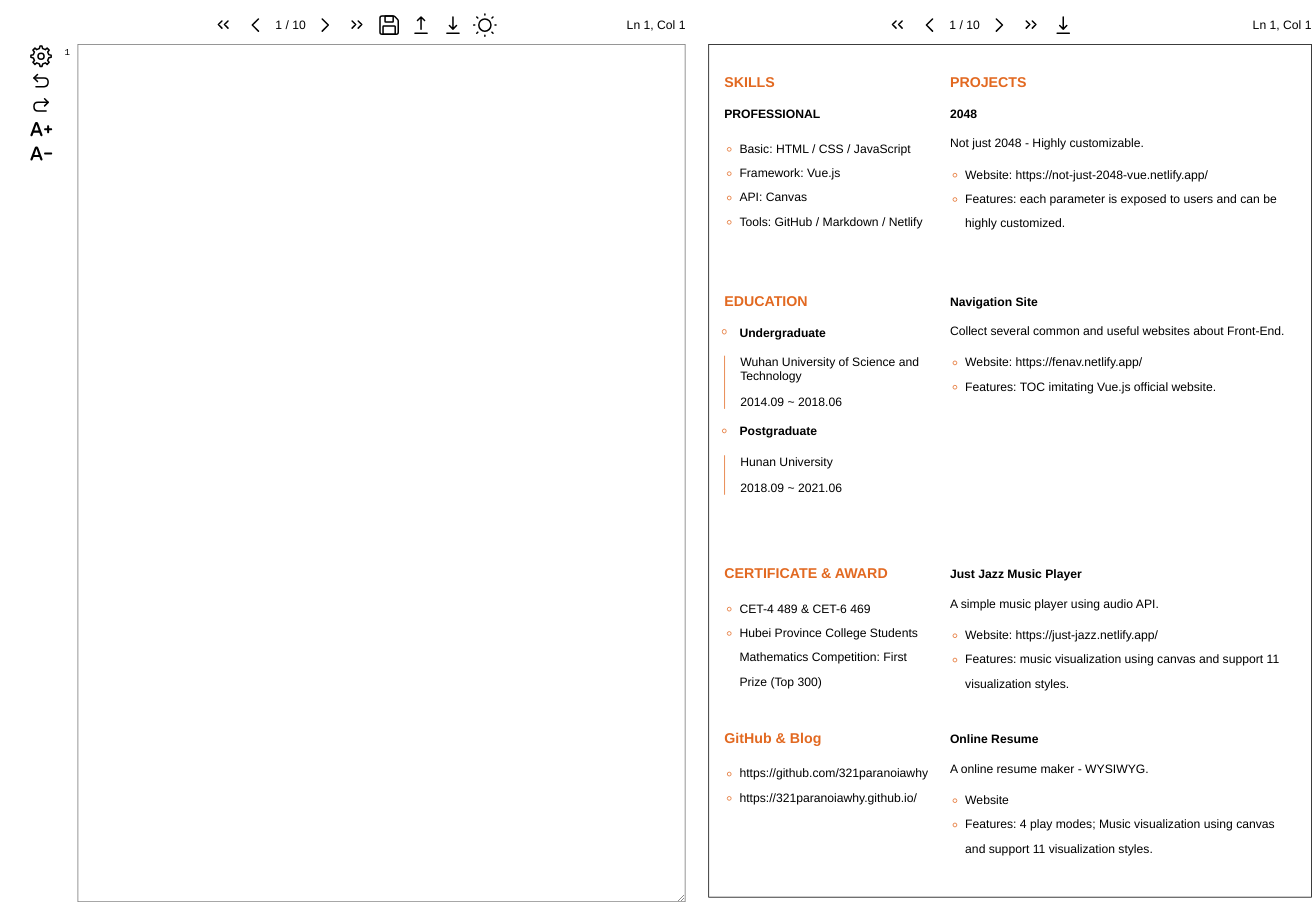
Repository: 321paranoiawhy/online-resume
Page: /
An editor plug-in stored every save of this project. The page is shown before and after the next save, followed by the edit.
The browser window is 1280 px wide. The page is 1726 px wide, so the pictures cover 1726 px, including what lies to the right of the window. The pictures show the whole page, at 76% of full size.
The project was rebuilt for these pictures with package versions that can differ from the ones it lists, and the page was loaded fresh each time. Also part of the build but not shown: vue.config.js, src/components/Header.vue, src/components/Introduction.vue, src/components/Footer.vue.

Above is the page before, as saved 2022-06-08 17:38:16.

### src/App.vue
<template>
    <router-view />
</template>

<style lang="scss">
html,
body,
#app {
    height: 100%;
}
#app {
    font-family: Avenir, Helvetica, Arial, sans-serif;
    -webkit-font-smoothing: antialiased;
    -moz-osx-font-smoothing: grayscale;
    text-align: center;
    // color: #2c3e50;
}
</style>

### src/css/common.css
:root {
    --A4-width: 210mm;
    --A4-height: 297mm;
    /* CSS 全局变量, 任何地方均可通过 var() 访问变量值 */
    --base: 12;
    /* 基于 --base 计算 --font-size-small 和 --line-height-small */
    /* 参考链接: https://www.ruanyifeng.com/blog/2017/05/css-variables.html */
    --font-size-small: calc(var(--base) * 1px);
    --line-height-small: calc(var(--base) * 1.5px);
    /* 字符间距 */
    --letter-spacing: 0.05em;
}
textarea.left-textarea {
    width: var(--A4-width); /* 210 * 96 / 25.4 = 793.7 px */
    height: var(--A4-height); /* 297 * 96 / 25.4 = 1122.52 px */
    /* 字体大小 */
    font-size: var(--font-size-small);
    /* 行高 */
    line-height: var(--line-height-small);
    /* 字符间距 */
    letter-spacing: var(--letter-spacing);
    /* 统一各浏览器下 textarea 盒模型 */
    margin: 0;
    border-width: 1px;
    padding: 2px;
}
div.right-output {
    /* 1 in = 25.4 mm = 96 px */
    width: var(--A4-width); /* 210 * 96 / 25.4 = 793.7 px */
    height: var(--A4-height); /* 297 * 96 / 25.4 = 1122.52 px */
    margin: 0;
    border: 1px solid red;
    padding: 2px;
    /* & .name {
        border: 1px solid blue;
    } */
}
img {
    width: 32px;
    height: 32px;
    cursor: pointer;
}

### src/views/HomeView.vue
<template>
    <!-- <TopHeader></TopHeader> -->
    <!-- <Introduction></Introduction> -->
    <div class="main-flex">
        <LeftInput class="left-input"></LeftInput>
        <RightOutput></RightOutput>
    </div>
    <!-- <BottomFooter></BottomFooter> -->
</template>

<script>
// @ is an alias to /src
import TopHeader from "@/components/Header.vue";
import Introduction from "@/components/Introduction.vue";
import LeftInput from "@/components/LeftInput.vue";
import RightOutput from "@/components/RightOutput.vue";
import BottomFooter from "@/components/Footer.vue";

// 功能拆解
// 下载源码和渲染结果文件(HTML&CSS, PDF, DOCX), 使用 Pandoc
// LaTeX 语法支持 (引入 MathJax)
// JavaScript 实现 解析
// common.css 负责特定样式
// 切换主题或者切换模板
// 主题 白天 黑夜
// 模板 暂定唯一模板 后续定制更多模板 (寻找优雅的 resume 模板)
// autosave
// localstorage
// 左侧应有快速插入标记, 如 name
export default {
    name: "HomeView",
    components: {
        TopHeader,
        Introduction,
        LeftInput,
        RightOutput,
        BottomFooter,
    },
};
</script>

<style scoped lang="scss">
div.main-flex {
    display: flex;
    width: fit-content;
    & .left-input {
        margin-left: 30px;
        margin-right: 30px;
    }
}
</style>

### src/components/RightOutput.vue
<template>
    <div class="right-output-flex-column">
        <div class="top-flex">
            <div class="center">
                <img
                    v-for="(item, index) in rightOutputImage.slice(0, 2)"
                    :key="index"
                    :src="require('../assets/images/' + item.img_src + '.svg')"
                    :alt="item.img_src"
                    @click="Fn(item.function)"
                />
                <p>{{ currentOutputPage }} / {{ totalOutputPage }}</p>
                <img
                    v-for="(item, index) in rightOutputImage.slice(2)"
                    :key="index"
                    :src="require('../assets/images/' + item.img_src + '.svg')"
                    :alt="item.img_src"
                    @click="Fn(item.function)"
                />
            </div>
            <!-- 快速跳转至某行某列 (默认当前页) -->
            <p @click="gotoLnAndCol">Ln 1, Col 1</p>
        </div>
        <!-- <div class="right-output" ref="output"></div> -->
        <testTemplate></testTemplate>
    </div>
</template>

<script>
import rightOutputImage from "/public/data/rightOutputImage.json";
import testTemplate from "./testTemplate.vue";

import { onMounted, ref, watch } from "@vue/runtime-core";
import { useStore } from "vuex";

export default {
    name: "RightOutput",
    components: {
        testTemplate,
    },
    setup() {
        let currentOutputPage = ref(1);
        let totalOutputPage = ref(10);
        const store = useStore();
        let output = ref(null);
        // 思路一: 根据左边输入栏实时输出至右边, 并设置相应的样式
        // 思路二: 默认右边已有示例模板, 左边输入栏实时输入右边输出栏实时更新替换
        // 思路二更优: 用户可预览, 页面须有提示或者有帮助文档 F1 查看 各块对应语法 syntax
        onMounted(() => {
            // output.value.value = computed(() => {
            //     console.log(store.state.compiledHTML);
            //     return store.state.compiledHTML;
            // });
            // output.value.innerHTML = store.state.compiledHTML;
        });
        watch(
            () => store.state.compiledHTML,
            () => {
                output.value.innerHTML = store.state.compiledHTML;
                // 设置 CSS 样式
            }
        );
        return {
            rightOutputImage,
            currentOutputPage,
            totalOutputPage,
            output,
        };
    },
};
</script>

<style scoped lang="scss">
.right-output-flex-column {
    display: flex;
    flex-direction: column;
    & div.top-flex {
        display: flex;
        width: 210mm;
        margin-left: auto;
        justify-content: center;
        & div.center {
            flex-grow: 1;
            display: flex;
            justify-content: center;
            align-items: center;
            gap: 10px;
        }
    }
}
</style>

### src/components/Sidebar.vue
<template>
    <div class="sidebar-flex-column">
        <img
            v-for="(item, index) in sidebarImage"
            :key="index"
            :src="require('../assets/images/' + item.img_src + '.svg')"
            :alt="item.img_src"
            @click="Fn(item.function)"
        />
    </div>
</template>

<script>
// 引入图片 json 数据文件
import sidebarImage from "/public/data/sidebarImage.json";

export default {
    name: "Sidebar",
    setup() {
        // 当前 base
        let currentBase = 12;
        // Fn: 根据入参执行相应函数
        let Fn = (parameter) => {
            switch (parameter) {
                case "set":
                    break;
                // 撤销 TODO(有限次 or 无限次)
                case "undo":
                    break;
                // 重做 TODO
                case "redo":
                    break;
                // 每次 --base +2
                case "textIncrease":
                    // 最大值: 24 (2*12)
                    if (currentBase === 24) {
                        return;
                    }
                    // 修改 root --base (可同步修改 --font-size-small,--line-height-small)
                    document.documentElement.style.setProperty(
                        "--base",
                        `${currentBase + 2}`
                    );
                    // 更新 currentBase
                    currentBase += 2;
                    break;
                // 每次 --base -2
                case "textDecrease":
                    // 最小值: 8
                    if (currentBase === 8) {
                        return;
                    }
                    document.documentElement.style.setProperty(
                        "--base",
                        `${currentBase - 2}`
                    );
                    // 更新 currentBase
                    currentBase -= 2;
                    break;
                default:
                    break;
            }
        };
        return {
            sidebarImage,
            currentBase,
            Fn,
        };
    },
};
</script>

<style scoped lang="scss">
.sidebar-flex-column {
    display: flex;
    flex-direction: column;
    width: fit-content;
    height: fit-content;
}
</style>

### src/components/testTemplate.vue
<template>
    <div class="grid">
        <div>
            <h3>SKILLS</h3>
            <h4>PROFESSIONAL</h4>
            <ul>
                <li>Basic: HTML / CSS / JavaScript</li>
                <li>Framework: Vue.js</li>
                <li>API: Canvas</li>
                <li>Tools: GitHub / Markdown / Netlify</li>
                <!-- <li v-for="(item, index) in iconData" :key="index">
                    <img
                        :src="
                            require('../assets/images/' + item.img_src + '.svg')
                        "
                        :alt="item.img_src"
                    />
                    {{ item.name }}
                </li> -->
            </ul>
        </div>
        <div>
            <h3>PROJECTS</h3>
            <h4>2048</h4>
            <p>Not just 2048 - Highly customizable.</p>
            <ul>
                <li>
                    <a href="https://not-just-2048-vue.netlify.app/"
                        >Website: https://not-just-2048-vue.netlify.app/</a
                    >
                </li>
                <li>
                    Features: each parameter is exposed to users and can be
                    highly customized.
                </li>
            </ul>
        </div>
        <div>
            <h3>EDUCATION</h3>
            <h4 class="disc">Undergraduate</h4>
            <div class="border">
                <p>Wuhan University of Science and Technology</p>
                <p>2014.09 ~ 2018.06</p>
            </div>
            <h4 class="disc">Postgraduate</h4>
            <div class="border">
                <p>Hunan University</p>
                <p>2018.09 ~ 2021.06</p>
            </div>
        </div>
        <div>
            <h4>Navigation Site</h4>
            <p>Collect several common and useful websites about Front-End.</p>
            <ul>
                <li>
                    <a href="https://fenav.netlify.app/"
                        >Website: https://fenav.netlify.app/</a
                    >
                </li>
                <li>Features: TOC imitating Vue.js official website.</li>
            </ul>
        </div>
        <div>
            <h3>CERTIFICATE & AWARD</h3>
            <ul>
                <li>CET-4 489 & CET-6 469</li>
                <li>
                    Hubei Province College Students Mathematics Competition:
                    First Prize (Top 300)
                </li>
            </ul>
        </div>
        <div>
            <h4>Just Jazz Music Player</h4>
            <p>A simple music player using audio API.</p>
            <ul>
                <li>
                    <a href="https://just-jazz.netlify.app/"
                        >Website: https://just-jazz.netlify.app/</a
                    >
                </li>
                <li>
                    Features: music visualization using canvas and support 11
                    visualization styles.
                </li>
            </ul>
        </div>
        <div>
            <h3>GitHub & Blog</h3>
            <ul>
                <li>
                    <a href="https://github.com/321paranoiawhy"
                        >https://github.com/321paranoiawhy</a
                    >
                </li>
                <li>
                    <a href="https://321paranoiawhy.github.io/"
                        >https://321paranoiawhy.github.io/</a
                    >
                </li>
            </ul>
        </div>
        <div>
            <h4>Online Resume</h4>
            <p>A online resume maker - WYSIWYG.</p>
            <ul>
                <li>
                    <a href="https://just-jazz.netlify.app/">Website</a>
                </li>
                <li>
                    Features: 4 play modes; Music visualization using canvas and
                    support 11 visualization styles.
                </li>
            </ul>
        </div>
    </div>
</template>

<script>
import iconData from "/public/data/iconData.json";
export default {
    name: "testTemplate",
    setup() {
        return {
            iconData,
        };
    },
};
</script>

<style scoped lang="scss">
$margin-left: 20px;
div.grid {
    display: grid;
    grid-template-columns: 0.618fr 1fr;
    // grid-template-rows: auto;
    column-gap: 1rem;
    width: var(--A4-width);
    height: var(--A4-height);
    // background-color: #e6e6e6;
    text-align: left;
    // border-box
    box-sizing: border-box;
    // 内边距
    padding: 20px;
    border: 1px solid;
    & ul {
        padding: 0 0 0 $margin-left;
        margin: 0;
        list-style-type: circle;
        & li {
            & img {
                width: 24px;
                height: 24px;
                vertical-align: middle;
                margin-right: 5px;
            }
            height: 2rem;
            line-height: 2rem;
        }
    }
    & ul li::marker {
        color: #e26921;
    }
    & h3 {
        color: #e26921;
    }
    & h4.disc {
        position: relative;
        margin-left: $margin-left;
        &::before {
            position: absolute;
            content: " ";
            left: -23.2px;
            top: 25%;
            width: 4.4px;
            height: 4.4px;
            border: 1px solid #e26921;
            border-radius: 50%;
        }
    }
    // & a,
    & a:hover,
    & a:visited,
    & a:link,
    & a:active {
        text-decoration: none;
        color: inherit;
    }
    & a {
        text-decoration: green wavy underline;
    }
    & div.border {
        border-left: 1px solid #e26921;
        & p {
            margin-left: $margin-left;
        }
    }
}
</style>

Loaded but not shown: public/index.html (common file); src/router/index.js (common file); public/data/leftInputImage.json (30 lines, source omitted); public/data/iconData.json (30 lines, source omitted); public/data/rightOutputImage.json (22 lines, source omitted); public/data/sidebarImage.json (22 lines, source omitted); src/store/index.js (34 lines, source omitted); src/main.js (8 lines, source omitted); src/components/LeftInput.vue (291 lines, source omitted)

After the next save:
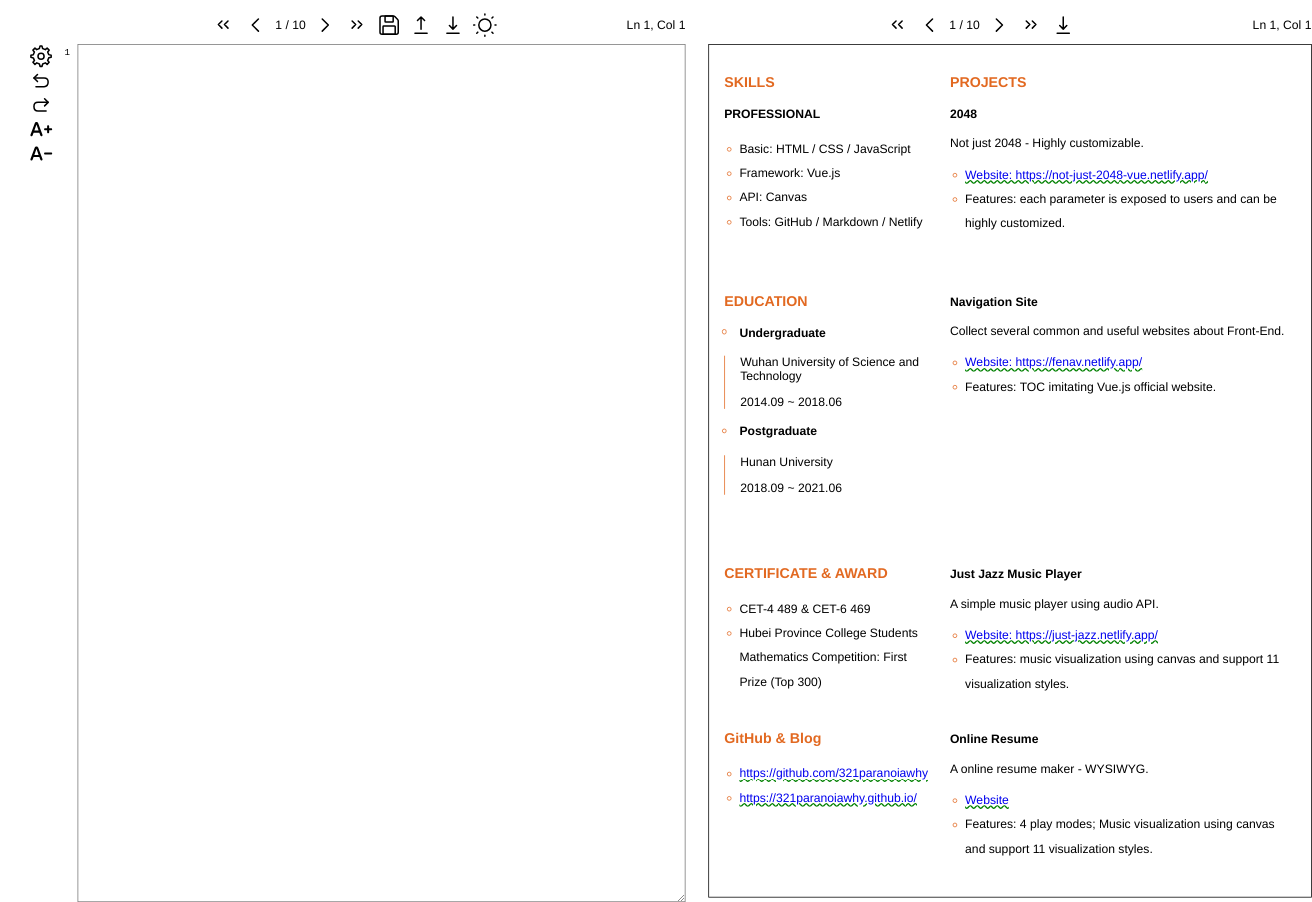
Saved 28 s later.
--- a/src/components/testTemplate.vue
+++ b/src/components/testTemplate.vue
@@ -180,13 +180,13 @@ div.grid {
         }
     }
     // & a,
-    & a:hover,
-    & a:visited,
-    & a:link,
-    & a:active {
-        text-decoration: none;
-        color: inherit;
-    }
+    // & a:hover,
+    // & a:visited,
+    // & a:link,
+    // & a:active {
+    //     text-decoration: none;
+    //     color: inherit;
+    // }
     & a {
         text-decoration: green wavy underline;
     }
